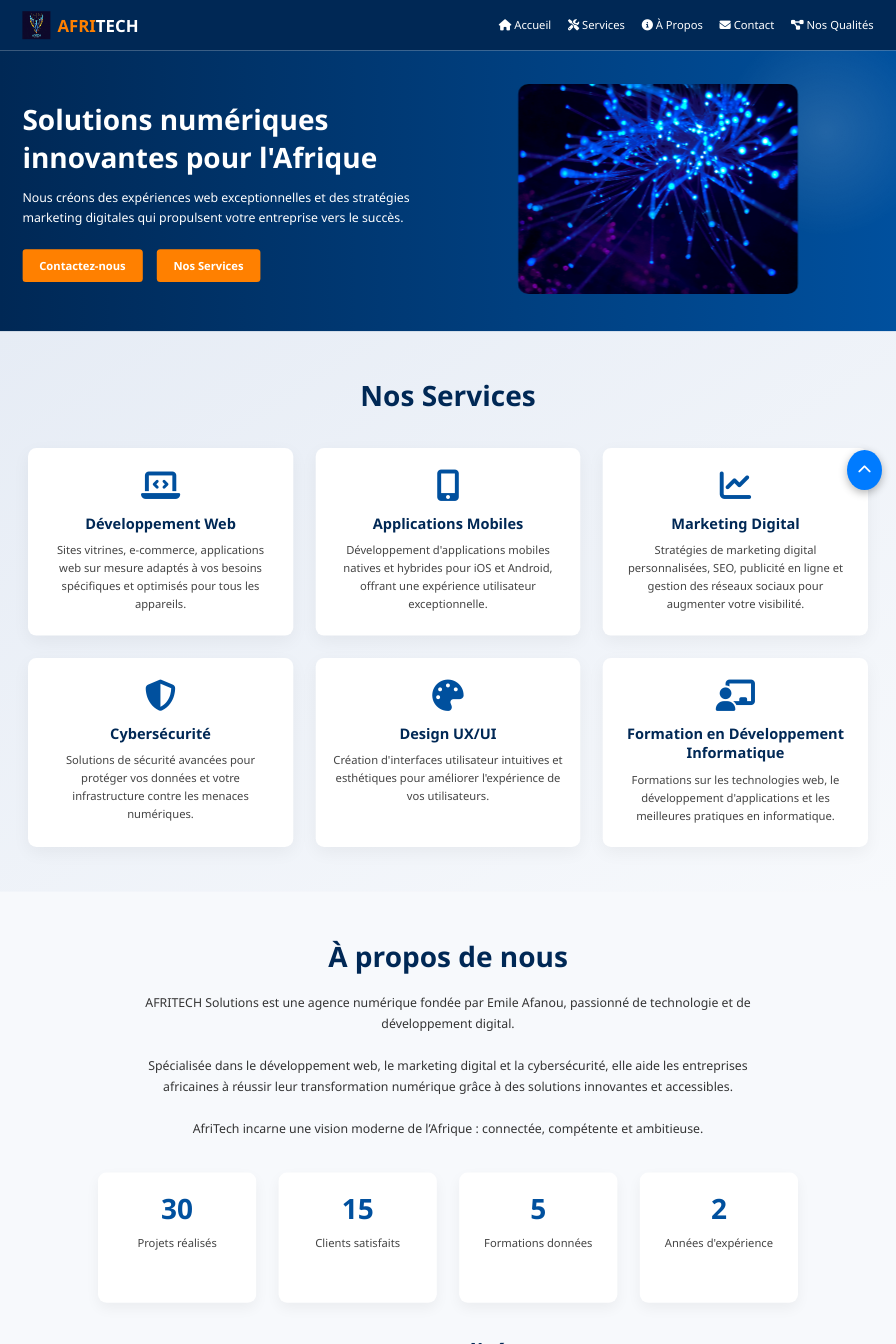
Repository: prestige225/AFRITECH
Page: index.html
An editor plug-in stored every save of this project. The page is shown before and after the next save, followed by the edit.
The browser window is 1280 px wide. The pictures show the part of the page from y = 0 to 1920 px (the page is 2834 px tall), at 70% of full size.

Above is the page before, as saved 2025-07-26 01:47:52.
Console error: TypeError: Cannot read properties of null (reading 'addEventListener')

After the next save:
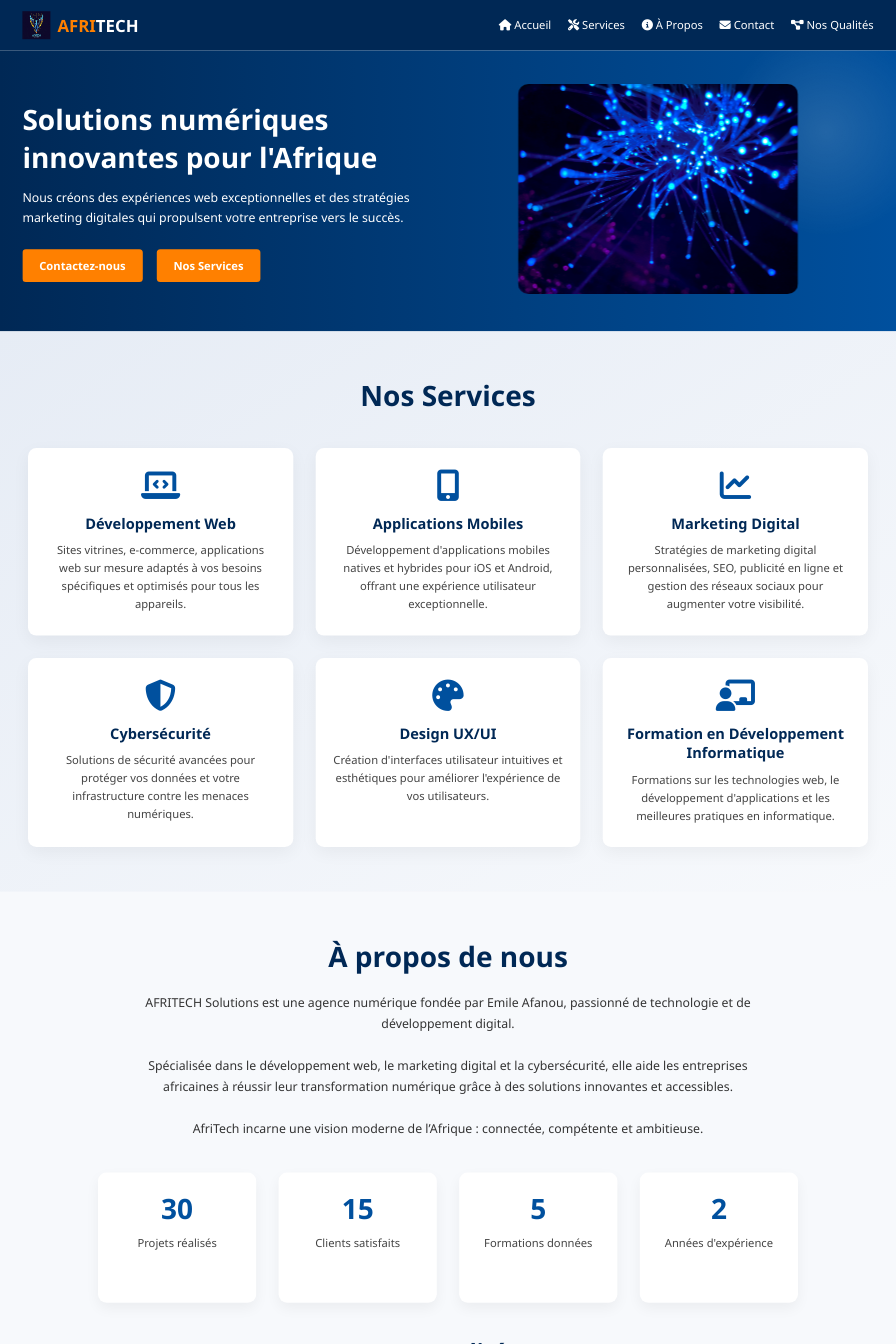
Saved 87 s later.
--- a/style.css
+++ b/style.css
@@ -886,71 +886,9 @@ html {
 
 
 
- /* .scroll-to-top {
-  position: fixed;
-  bottom: 20px;
-  right: 20px;
-  background-color: #007bff;
-  color: white;
-  border-radius: 50%;
-  padding: 15px;
-  font-size: 20px;
-  box-shadow: 0 4px 8px rgba(0,0,0,0.3);
-  display: none;
-  opacity: 0;
-  transition: opacity 0.4s ease, transform 0.3s ease;
-  z-index: 9999;
-}
-
-.scroll-to-top.show {
-  display: block;
-  opacity: 1;
-}
-
-.scroll-to-top:hover {
-  transform: translateY(-5px) scale(1.1);
-  background-color: #0056b3;
-} */
-
-
-.scroll-to-top {
-  position: fixed;
-  bottom: 20px;
-  right: 20px;
-  background-color: #007bff;
-  color: white;
-  border-radius: 50%;
-  padding: 15px;
-  font-size: 20px;
-  box-shadow: 0 4px 8px rgba(0,0,0,0.3);
-  opacity: 0;
-  visibility: hidden;
-  transition: opacity 0.4s ease, transform 0.3s ease, visibility 0.4s ease;
-  z-index: 9999;
-  cursor: pointer;
-}
-
-/* Apparition (scroll vers le bas) */
-.scroll-to-top.show {
-  opacity: 1;
-  visibility: visible;
-}
-
-/* Effet au survol */
-.scroll-to-top:hover {
-  transform: translateY(-5px) scale(1.1);
-  background-color: #0056b3;
-}
-
- .scroll-to-top {
-  display: block !important;
-  opacity: 1 !important;
-  visibility: visible !important;
-  position: fixed !important;
-  z-index: 9999 !important;
-  bottom: 20px !important;
-  right: 20px !important;
-}
+
+
+
 /* Bouton retour en haut - style par défaut */
 .scroll-to-top {
   position: fixed;
